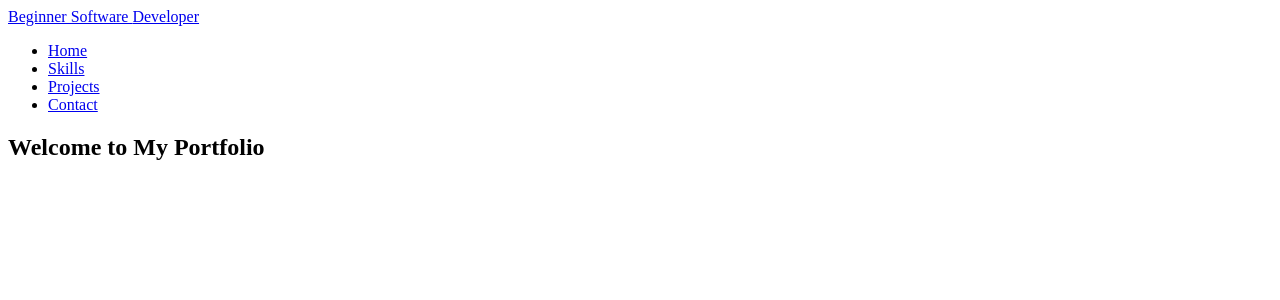
Repository: andajonas/ANDJON25111_fto2505_A_Anda-Jonas_CDV05
Page: index.html
An editor plug-in stored every save of this project. The page is shown before and after the next save, followed by the edit.
The browser window is 1280 px wide. The pictures show the whole page.

Above is the page before, as saved 2025-09-19 15:57:47.

### index.html
<!DOCTYPE html>
<html lang="en">
<head>
    <meta charset="UTF-8">
    <meta name="viewport" content="width=device-width, initial-scale=1.0">
    <title>Anda Jonas| Developer Portfolio </title>

</head>
<body>
    <!-- Header and Navigation -->
     <header>
        <div class="container">
            <nav>
                <a href="#" class="logo">Beginner Software <span>Developer</span></a>
                <ul class="nav-links">
                    <li><a href="#home">Home</a></li>
                    <li><a href="#skills">Skills</a></li>
                    <li><a href="#projects">Projects</a></li>
                    <li><a href="#contact">Contact</a></li>
                </ul>
            </nav>
        </div>
    </header>

    <!-- Hero Section -->
     <section id="home" class="hero">
        <div class="container">
            <div class="hero-content">
                <div class="hero-text">
                    <h1>Welcome to My Portfolio</h1>

            </div>
        </div>
     </section>

After the next save:
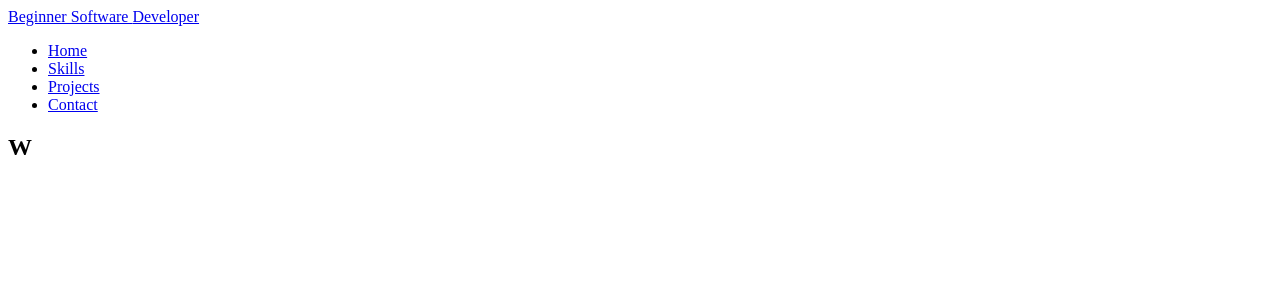
Saved 11 s later.
--- a/index.html
+++ b/index.html
@@ -27,7 +27,7 @@
         <div class="container">
             <div class="hero-content">
                 <div class="hero-text">
-                    <h1>Welcome to My Portfolio</h1>
+                    <h1>W</h1>
 
             </div>
         </div>
